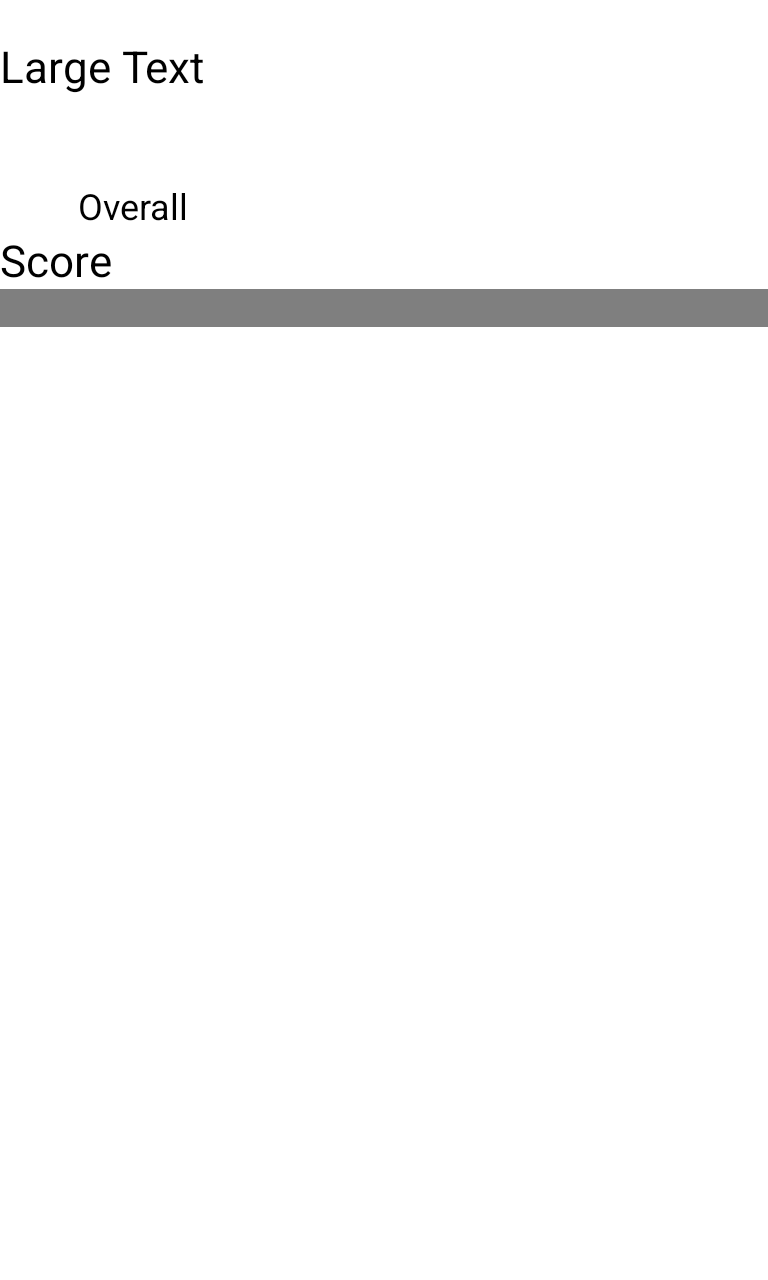
Repository: colincove/CreativeCritic
Layout: workspace/CreativeCritic/res/layout/activity_category_screen.xml
An editor plug-in stored every save of this project. The layout is shown before and after the next save, followed by the edit.
Pictures or frames that could not be fetched are drawn as grey boxes. It is drawn on a 768 x 1280 px phone screen (xhdpi) without system bars, with theme AppTheme; the app's code is not run.

Above is the layout before, as saved 2013-11-28 07:28:03.

### workspace/CreativeCritic/res/layout/activity_category_screen.xml
<LinearLayout xmlns:android="http://schemas.android.com/apk/res/android"
    xmlns:tools="http://schemas.android.com/tools"
    android:id="@+id/container"
    android:layout_width="match_parent"
    android:layout_height="match_parent"
    tools:context=".CategoryScreen"
    tools:ignore="MergeRootFrame"
    android:orientation="vertical" >
 <HorizontalScrollView
            android:layout_width="match_parent"
            android:layout_height="wrap_content">
    <LinearLayout android:orientation="horizontal"
        android:id="@id/category_image_view"
        android:layout_height="match_parent"
        android:layout_width="wrap_content"
        >
    </LinearLayout>
</HorizontalScrollView >
        <TextView
            android:id="@+id/categoryTitleTextView"
            android:layout_width="wrap_content"
            android:layout_height="wrap_content"
            android:layout_marginTop="18dp"
            android:text="Large Text"
            android:textAppearance="?android:attr/textAppearanceLarge" />

        <TextView
            android:id="@+id/generalScoreTextView"
            android:layout_width="wrap_content"
            android:layout_height="wrap_content"
            android:layout_alignParentLeft="true"
            android:layout_marginLeft="39dp"
            android:layout_marginTop="43dp"
            android:text="Overall"
            android:textAppearance="?android:attr/textAppearanceMedium" />

        <TextView
            android:id="@+id/scoreNumberTextView"
            android:layout_width="wrap_content"
            android:layout_height="wrap_content"
            android:text="Score"
            android:textAppearance="?android:attr/textAppearanceLarge" />

        <fragment android:name = "com.example.creativecritic.MyListFragment"
            android:id = "@id/list_fragment"
            android:layout_width="fill_parent"
            android:layout_height="wrap_content"
            >
            </fragment>


</LinearLayout>

Loaded but not shown: workspace/CreativeCritic/res/values/styles.xml (common file); workspace/CreativeCritic/res/values-v11/styles.xml (common file); workspace/CreativeCritic/res/values-v14/styles.xml (common file)

After the next save:
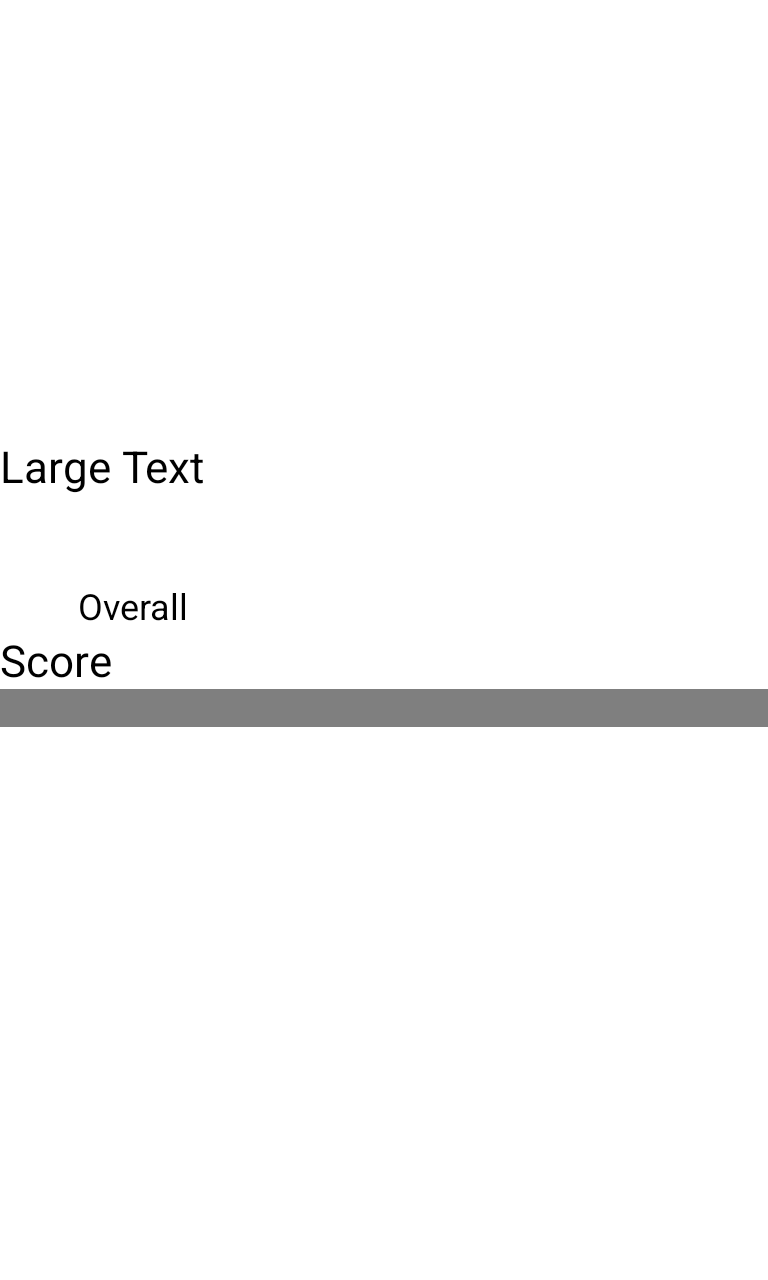
Saved 43 s later.
--- a/workspace/CreativeCritic/res/layout/activity_category_screen.xml
+++ b/workspace/CreativeCritic/res/layout/activity_category_screen.xml
@@ -11,7 +11,7 @@
             android:layout_height="wrap_content">
     <LinearLayout android:orientation="horizontal"
         android:id="@id/category_image_view"
-        android:layout_height="match_parent"
+        android:layout_height="200dp"
         android:layout_width="wrap_content"
         >
     </LinearLayout>
